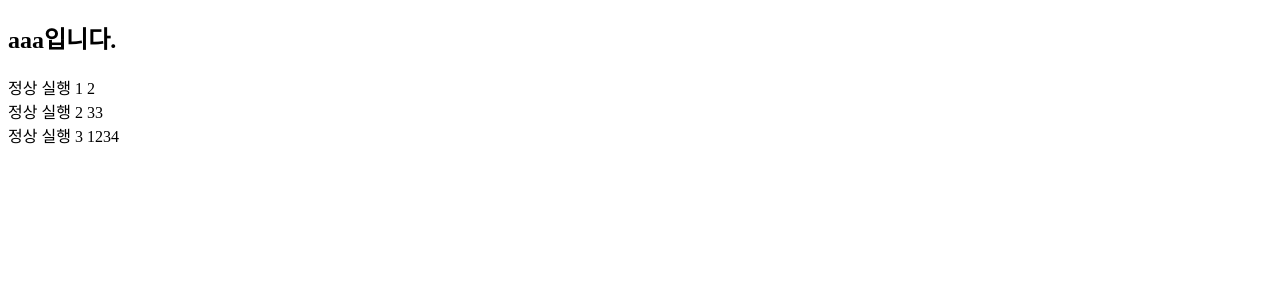
Repository: pshho/newJspProject
Page: http://localhost/JspProj/err/aaa.jsp
The author's editor kept a copy of each file at every save. The page is drawn from the files as they stood at one save, then again after the next save.
The browser window is 1280 px wide. The pictures show the whole page.
The page is served by Tomcat 9.

Above is the page before, as saved 2023-07-26 01:18:02.

After the next save:
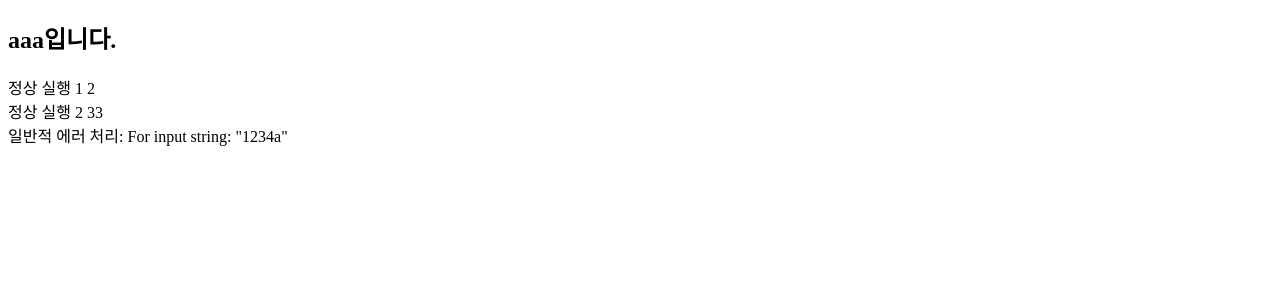
Saved 4 s later.
--- a/JspProj/src/main/webapp/err/aaa.jsp
+++ b/JspProj/src/main/webapp/err/aaa.jsp
@@ -18,7 +18,7 @@
 
 			out.println("정상 실행 2 " + arr[2] + "<br/>");
 
-			a = Integer.parseInt("1234");
+			a = Integer.parseInt("1234a");
 
 			out.println("정상 실행 3 " + a + "<br/>");
 		}catch(ArithmeticException e){
